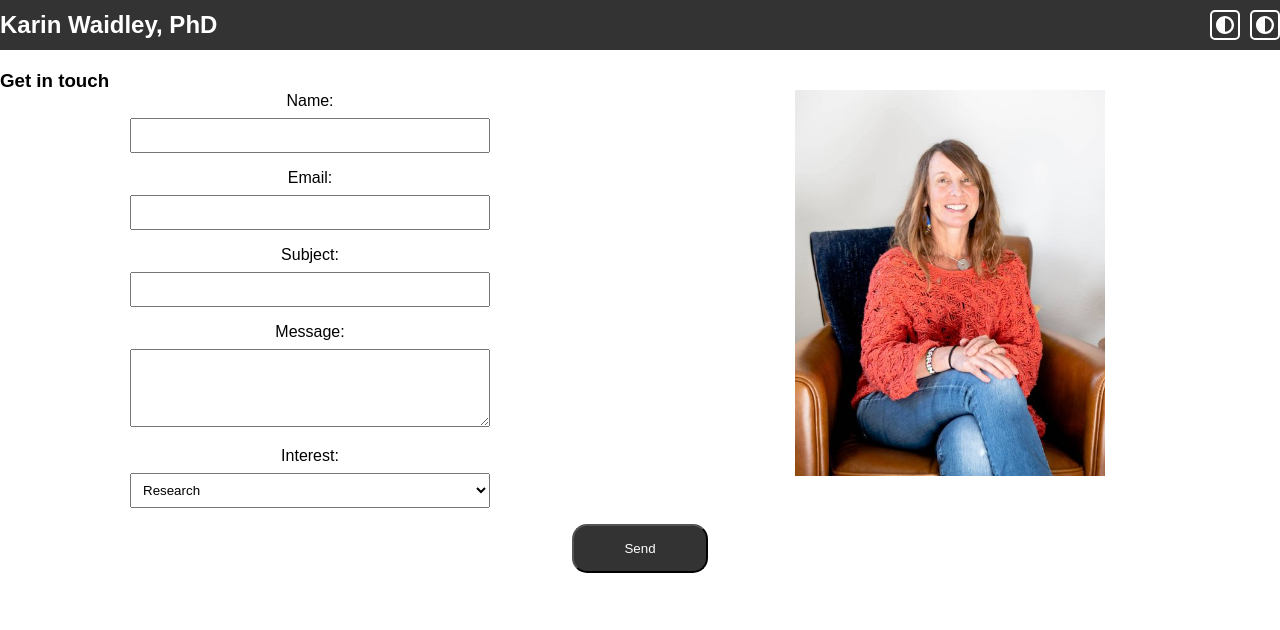
Repository: Ceasor7/Karin
Page: contact.html
The author's editor kept a copy of each file at every save. The page is drawn from the files as they stood at one save, then again after the next save.
The browser window is 1280 px wide. The pictures show the whole page.

Above is the page before, as saved 2023-12-14 13:19:27.

### contact.html
<!DOCTYPE html>
<html lang="en">

<head>
    <meta charset="UTF-8">
    <meta name="viewport" content="width=device-width, initial-scale=1.0">
    <title>Karin Waidley, PhD | Contact</title>
    <style>
        /* Resetting some default styles for better consistency */
        body,
        h1,
        h2,
        h3,
        p,
        ul,
        li {
            margin: 0;
            padding: 0;
            list-style: none;
        }

        /* Global styles */
        body {
            font-family: Arial, sans-serif;
        }

        /* Navbar styles */
        header {
            background-color: #333;
            color: white;
            padding: 10px 0;
        }

        .navbar {
            display: flex;
            justify-content: space-between;
            align-items: center;
        }

        .navbar-logo {
            font-size: 1.5em;
            font-weight: bold;
        }

        .navbar-icons {
            display: flex;
            gap: 10px;
        }

        .dark-mode-toggle {
            color: var(--secondary-color);
            border: 2px solid currentColor;
            padding: 4px;
            background: transparent;
            cursor: pointer;
            border-radius: 5px;
            width: 30px;
            height: 30px;
        }

        /* Main content styles */
        section {
            margin-top: 20px;
        }

        /* Contact form styles */
        form {
            max-width: 600px;
            margin: 0 auto;
            text-align: center;
        }

        label {
            display: block;
            margin-bottom: 8px;
        }

        input,
        textarea,
        select {
            width: 60%;
            padding: 8px;
            margin-bottom: 16px;
            box-sizing: border-box;
        }

        /* New section styles */
        .image-section {
            text-align: center;
            margin-top: 20px;
        }

        .image-section img {
            max-width: 50%;
            height: auto;
        }

        /* Add this CSS to make the two divs beside each other */
        .flex-container {
            display: flex;
            justify-content: space-between;
            margin-top: 20px;
        }

        .flex-container>div {
            flex: 1;
            margin-right: 20px;
        }

        .form-button {
            text-align: center;
        }

        .formSend-button {
            padding: 15px;
            background-color: #333;
            color: white;
            padding-left: 50px;
            padding-right: 50px;
            border-radius: 15px;
        }
    </style>
</head>

<body>
    <header>
        <div class="navbar">
            <div class="navbar-logo">Karin Waidley, PhD</div>
            <div class="navbar-icons">
                <button id="dark-mode-toggle" class="dark-mode-toggle">
                    <svg width="100%" xmlns="http://www.w3.org/2000/svg" viewBox="0 0 496 496">
                        <path fill="currentColor"
                            d="M8,256C8,393,119,504,256,504S504,393,504,256,393,8,256,8,8,119,8,256ZM256,440V72a184,184,0,0,1,0,368Z"
                            transform="translate(-8 -8)" />
                    </svg>
                </button>
                <button id="dark-mode-toggle" class="dark-mode-toggle">
                    <svg width="100%" xmlns="http://www.w3.org/2000/svg" viewBox="0 0 496 496">
                        <path fill="currentColor"
                            d="M8,256C8,393,119,504,256,504S504,393,504,256,393,8,256,8,8,119,8,256ZM256,440V72a184,184,0,0,1,0,368Z"
                            transform="translate(-8 -8)" />
                    </svg>
                </button>
            </div>
        </div>
    </header>
    <div class="flex-container">
        <div>
            <h3>Get in touch</h3>
            <form>
                <label for="name">Name:</label>
                <input type="text" id="name" name="name" required>

                <label for="email">Email:</label>
                <input type="email" id="email" name="email" required>

                <label for="subject">Subject:</label>
                <input type="text" id="subject" name="subject" required>

                <label for="message">Message:</label>
                <textarea id="message" name="message" rows="4" required></textarea>

                <label for="interest">Interest:</label>
                <select id="interest" name="interest">
                    <option value="research">Research</option>
                    <option value="speaking">Speaking</option>
                    <option value="teaching">Teaching</option>
                    <option value="community-reach">Community Reach</option>
                </select>
            </form>
        </div>
        <!-- New section with image -->
        <div class="image-section">
            <img src="images/Karin.jpeg" alt="Karin Waidley">
        </div>
    </div>
    <div class="form-button">
        <button class="formSend-button" type="submit">Send</button>
    </div>


</body>

</html>

After the next save:
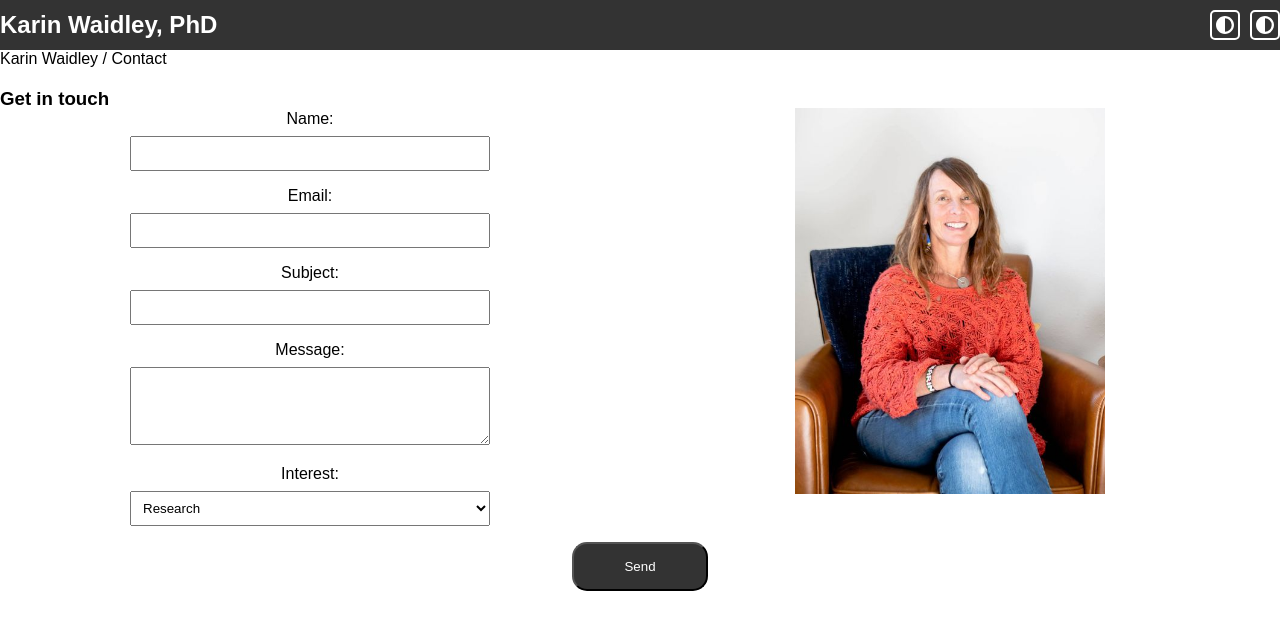
Saved 52 s later.
--- a/contact.html
+++ b/contact.html
@@ -144,6 +144,9 @@
             </div>
         </div>
     </header>
+    <div>
+        <p>Karin Waidley / Contact</p>
+    </div>
     <div class="flex-container">
         <div>
             <h3>Get in touch</h3>
